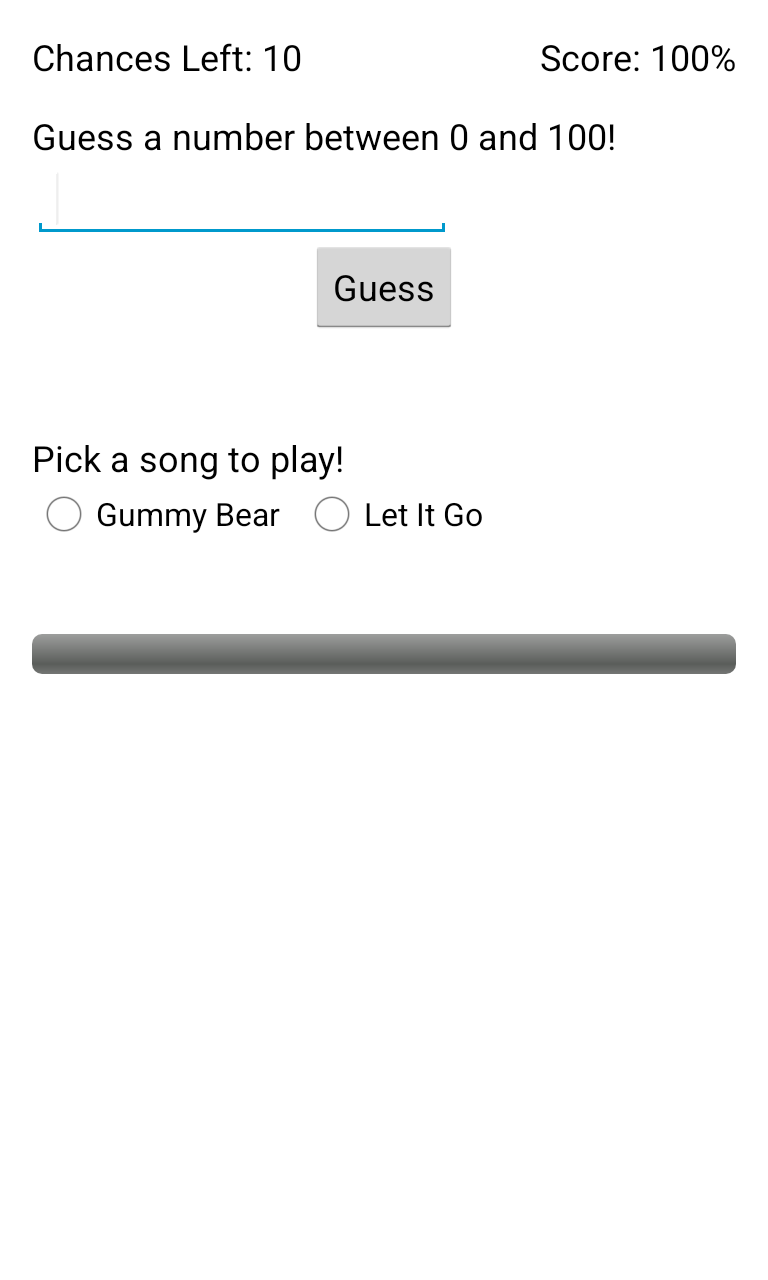
Repository: lethe13/AndroidProgramming
Layout: COMP304-Group1-MicroProject4/res/layout/activity_ggplay_music_progress_bar.xml
An editor plug-in stored every save of this project. The layout is shown before and after the next save, followed by the edit.
It is drawn on a 768 x 1280 px phone screen (xhdpi) without system bars, with theme AppTheme; the app's code is not run.

Above is the layout before, as saved 2015-11-04 02:31:21.

### COMP304-Group1-MicroProject4/res/layout/activity_ggplay_music_progress_bar.xml
<RelativeLayout xmlns:android="http://schemas.android.com/apk/res/android"
    xmlns:tools="http://schemas.android.com/tools"
    android:layout_width="match_parent"
    android:layout_height="match_parent"
    android:paddingBottom="@dimen/activity_vertical_margin"
    android:paddingLeft="@dimen/activity_horizontal_margin"
    android:paddingRight="@dimen/activity_horizontal_margin"
    android:paddingTop="@dimen/activity_vertical_margin"
    tools:context="com.example.comp304_group1_microproject4.GGPlayMusicProgressBar" >

     <TextView
        android:id="@+id/lblChance"
        android:layout_width="wrap_content"
        android:layout_height="wrap_content"
        android:text="Chances Left: 10"
        android:textAppearance="?android:attr/textAppearanceMedium" />

     <TextView
        android:id="@+id/lblScore"
        android:layout_width="wrap_content"
        android:layout_height="wrap_content"
        android:text="Score: 100%"
        android:layout_alignParentRight="true"
        android:textAppearance="?android:attr/textAppearanceMedium" />

    <TextView
        android:id="@+id/lblInput"
        android:layout_width="wrap_content"
        android:layout_height="wrap_content"
        android:layout_marginTop="15dp"
        android:layout_below="@+id/lblChance"
        android:text="Guess a number between 0 and 100!"
        android:textAppearance="?android:attr/textAppearanceMedium" />

    <EditText
        android:id="@+id/txtInput"
        android:layout_width="wrap_content"
        android:layout_height="wrap_content"
        android:layout_below="@+id/lblInput"
        android:inputType="number"
        android:ems="10" >

        <requestFocus />
    </EditText>

   <Button
        android:id="@+id/btnGo"
        android:layout_width="wrap_content"
        android:layout_height="wrap_content"
        android:layout_centerHorizontal="true"
        android:layout_below="@+id/txtInput"
        android:text="Guess" />

    <TextView
       android:id="@+id/lblMessage"
       android:layout_width="wrap_content"
       android:layout_height="wrap_content"
       android:layout_marginTop="15dp"
       android:layout_below="@+id/btnGo"
       android:text="" />
    <TextView
        android:id="@+id/lblPick"
        android:layout_width="wrap_content"
        android:layout_height="wrap_content"
        android:layout_marginTop="15dp"
        android:layout_below="@+id/lblMessage"
        android:text="Pick a song to play!"
		android:textAppearance="?android:attr/textAppearanceMedium" />

    <RadioGroup
        android:id="@+id/radioGroup"
	    android:layout_height="wrap_content"
	    android:layout_width="match_parent"
	    android:orientation="horizontal"
	    android:layout_below="@+id/lblPick">

    <RadioButton
        android:id="@+id/rbtnBear"
        android:layout_width="wrap_content"
        android:layout_height="wrap_content"
        android:onClick="songClick"
        android:text="Gummy Bear" />

    <RadioButton
        android:id="@+id/rbtnFrozen"
        android:layout_width="wrap_content"
        android:layout_height="wrap_content"
        android:layout_marginLeft="10dp"
        android:onClick="songClick"
        android:text="Let It Go" />

    </RadioGroup>

     <TextView
        android:id="@+id/lblSongLength"
        android:layout_width="wrap_content"
        android:layout_height="wrap_content"
        android:layout_marginTop="15dp"
        android:layout_below="@+id/radioGroup"
        android:text="" />

    <ProgressBar
        android:id="@+id/pbProgress"
        style="@android:style/Widget.ProgressBar.Horizontal"
        android:layout_width="match_parent"
        android:layout_height="20dp"
        android:minHeight="20dp"
        android:maxHeight="20dp"
        android:layout_marginTop="10dp"
        android:layout_below="@+id/lblSongLength" />

</RelativeLayout>

Loaded but not shown: COMP304-Group1-MicroProject4/res/values/styles.xml (common file); COMP304-Group1-MicroProject4/res/values-v11/styles.xml (common file); COMP304-Group1-MicroProject4/res/values-v14/styles.xml (common file); COMP304-Group1-MicroProject4/res/values/dimens.xml (common file); COMP304-Group1-MicroProject4/res/values-w820dp/dimens.xml (common file)

After the next save:
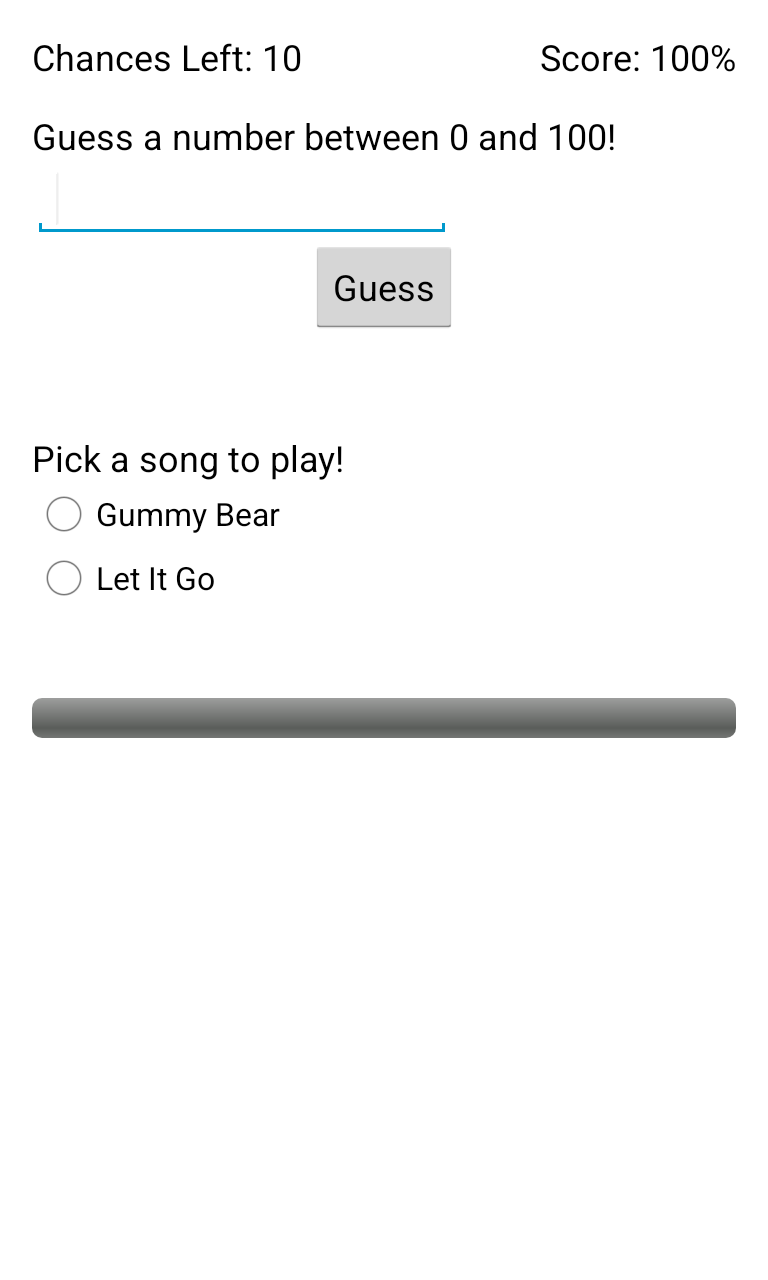
Saved 23 s later.
--- a/COMP304-Group1-MicroProject4/res/layout/activity_ggplay_music_progress_bar.xml
+++ b/COMP304-Group1-MicroProject4/res/layout/activity_ggplay_music_progress_bar.xml
@@ -71,7 +71,7 @@
         android:id="@+id/radioGroup"
 	    android:layout_height="wrap_content"
 	    android:layout_width="match_parent"
-	    android:orientation="horizontal"
+	    android:orientation="vertical"
 	    android:layout_below="@+id/lblPick">
 
     <RadioButton
@@ -85,7 +85,6 @@
         android:id="@+id/rbtnFrozen"
         android:layout_width="wrap_content"
         android:layout_height="wrap_content"
-        android:layout_marginLeft="10dp"
         android:onClick="songClick"
         android:text="Let It Go" />
 
